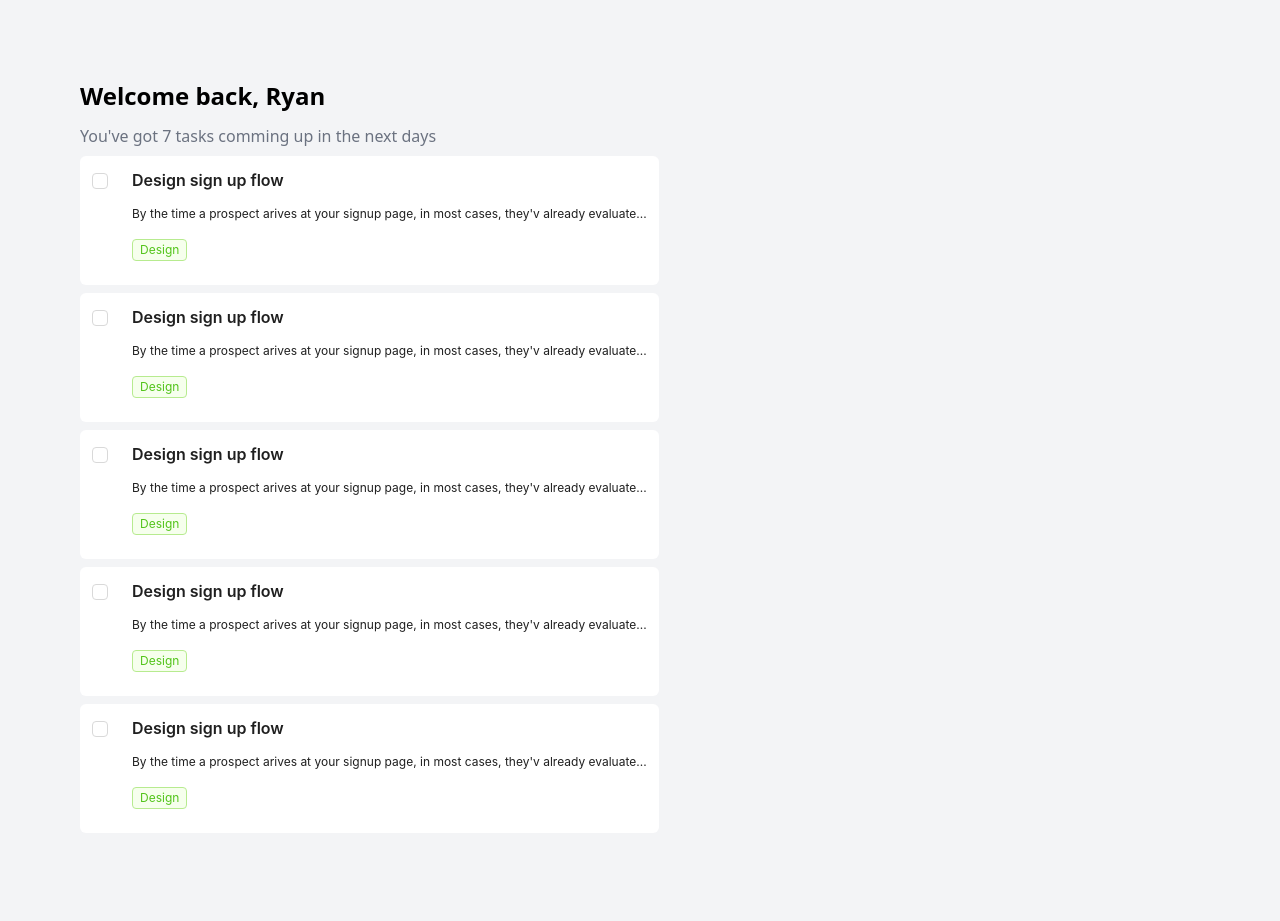
Repository: daohuyhoang9119/TodoApp
Page: /
An editor plug-in stored every save of this project. The page is shown before and after the next save, followed by the edit.
The browser window is 1280 px wide. The pictures show the whole page.
The project was rebuilt for these pictures with package versions that can differ from the ones it lists, and the page was loaded fresh each time. Also part of the build but not shown: vite.config.ts, src/App.css.

Above is the page before, as saved 2023-02-22 10:58:04.

### index.html
<!DOCTYPE html>
<html lang="en">

<head>
  <meta charset="UTF-8" />
  <link rel="icon" type="image/svg+xml" href="/vite.svg" />
  <meta name="viewport" content="width=device-width, initial-scale=1.0" />
  <title>Do It N💲W</title>
</head>

<body>
  <div id="root"></div>
  <script type="module" src="/src/main.tsx"></script>
</body>

</html>

### src/App.tsx
import { useState } from "react";
import "./App.css";
import Header from "./components/Header/Header";
import TaskItem from "./components/TaskItem/TaskItem";
function App() {
  return (
    <div className="w-full h-full p-20 bg-gray-100">
      <Header />
      <main className="mx-5px">
        <TaskItem />
        <TaskItem />
        <TaskItem />
        <TaskItem />
        <TaskItem />
      </main>
    </div>
  );
}

export default App;

### src/components/Header/Header.tsx
import { useState } from "react";

function Header() {
  return (
    <div className="">
      <h1 className="font-sans text-2xl font-semibold mb-3">
        Welcome back, Ryan
      </h1>
      <p className="font-sans text-gray-500">
        You've got 7 tasks comming up in the next days
      </p>
    </div>
  );
}

export default Header;

### src/components/TaskItem/TaskItem.tsx
import { useState } from "react";
import { Typography, Checkbox, Tag } from "antd";
import { LikeOutlined } from "@ant-design/icons";
const { Title, Text } = Typography;
function TaskItem() {
  return (
    <div className="flex justify-center my-2 bg-white w-fit border-0 rounded-md">
      <div className="m-3">
        <Checkbox></Checkbox>
      </div>
      <div className="m-3">
        <Title level={5} className="text-xs">
          Design sign up flow
        </Title>
        <Text className="text-xs ">
          By the time a prospect arives at your signup page, in most cases,
          they'v already evaluate...
        </Text>
        <div className="py-3">
          <Tag color="success" className="">
            Design
          </Tag>
        </div>
      </div>
    </div>
  );
}

export default TaskItem;

Loaded but not shown: src/main.tsx (common file); src/index.css (common file); tailwind.config.cjs (common file)

After the next save:
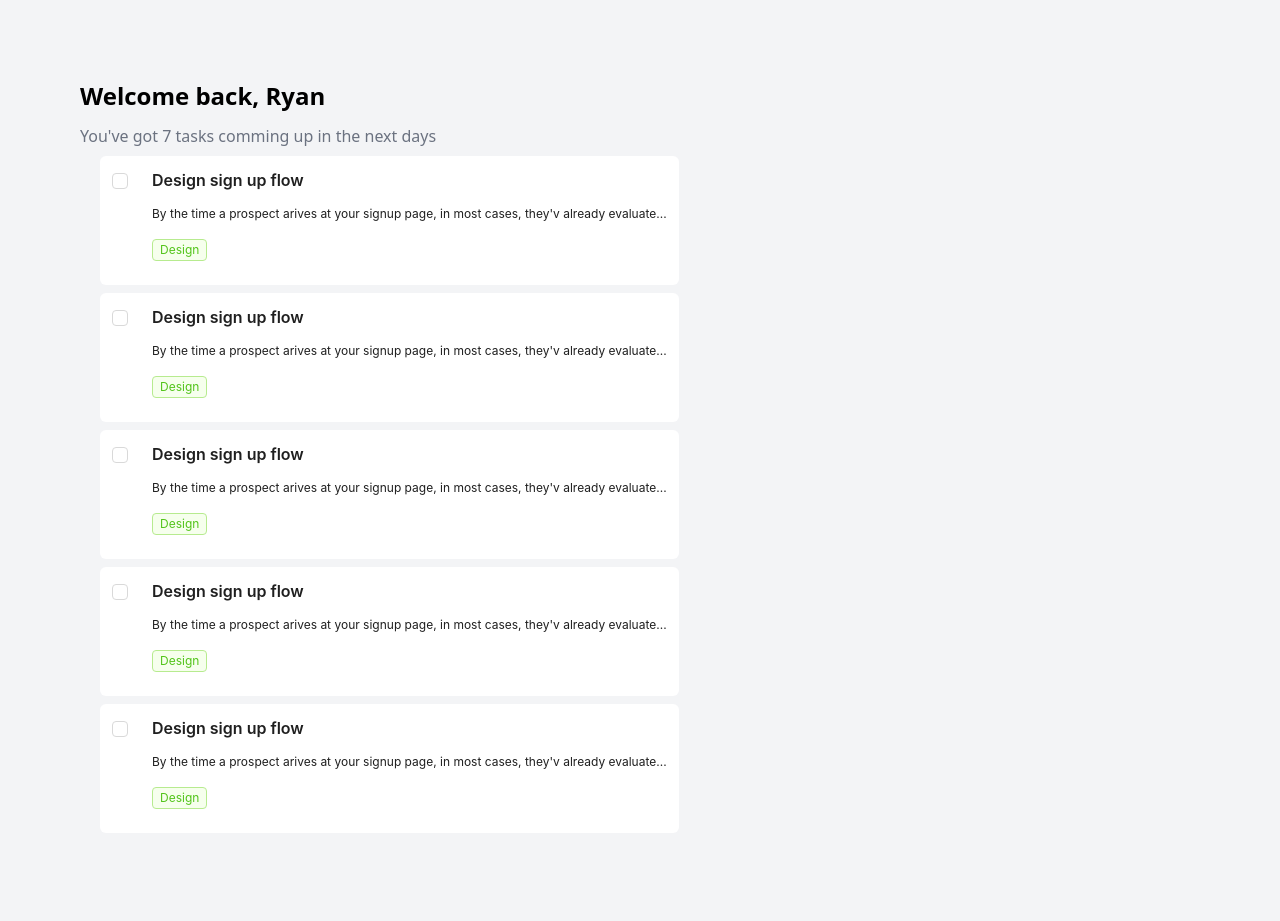
Saved 11 s later.
--- a/src/App.tsx
+++ b/src/App.tsx
@@ -6,7 +6,7 @@ function App() {
   return (
     <div className="w-full h-full p-20 bg-gray-100">
       <Header />
-      <main className="mx-5px">
+      <main className="mx-5">
         <TaskItem />
         <TaskItem />
         <TaskItem />
